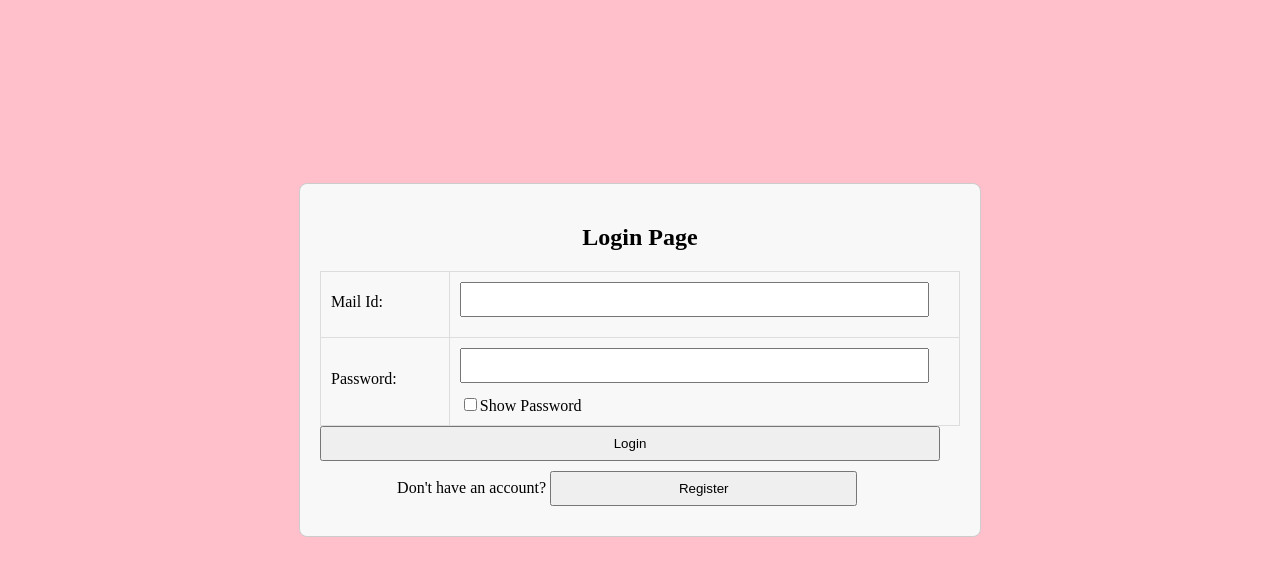
Repository: Manju-Bala-S/EclipseProjects
Page: MailApp/src/main/webapp/index.html
An editor plug-in stored every save of this project. The page is shown before and after the next save, followed by the edit.
The browser window is 1280 px wide. The pictures show the whole page.

Above is the page before, as saved 2024-02-21 07:18:24.

After the next save:
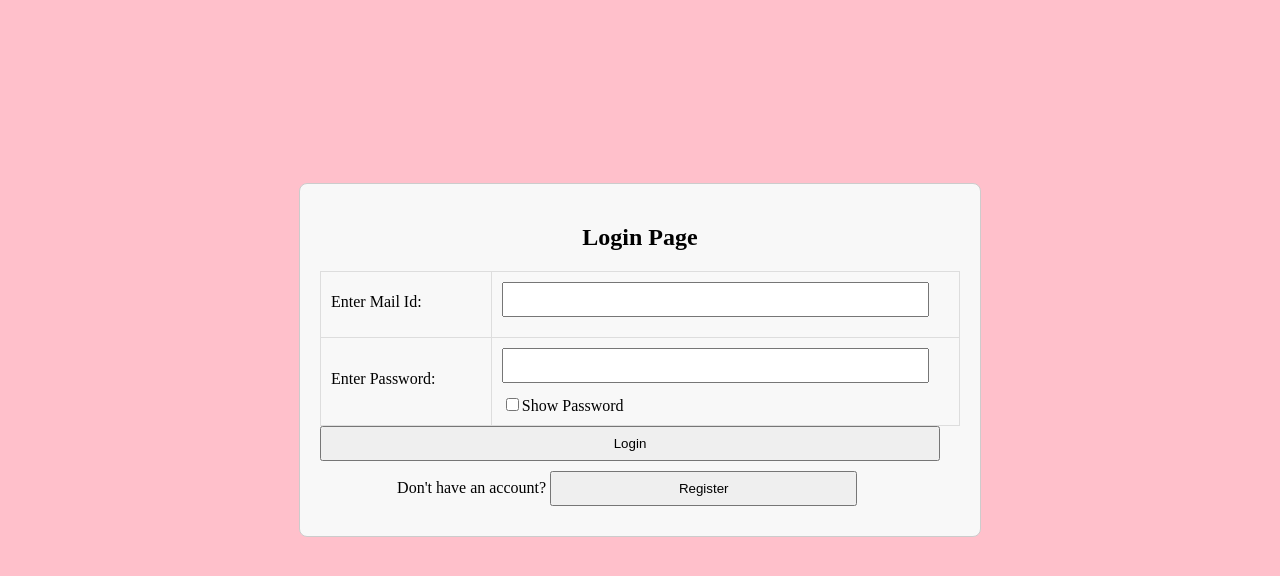
Saved 13 s later.
--- a/MailApp/src/main/webapp/index.html
+++ b/MailApp/src/main/webapp/index.html
@@ -78,11 +78,11 @@
         <h2>Login Page</h2>
         <table>
             <tr>
-                <td><label for="id">Mail Id:</label></td>
+                <td><label for="id">Enter Mail Id:</label></td>
                 <td><input type="number" id="id" name="id" required></td>
             </tr>
             <tr>
-                <td><label for="password">Password:</label></td>
+                <td><label for="password">Enter Password:</label></td>
                 <td>
                     <input type="password" id="password" name="password" required>
                     <input type="checkbox" id="showPassword" class="show-password">Show Password
